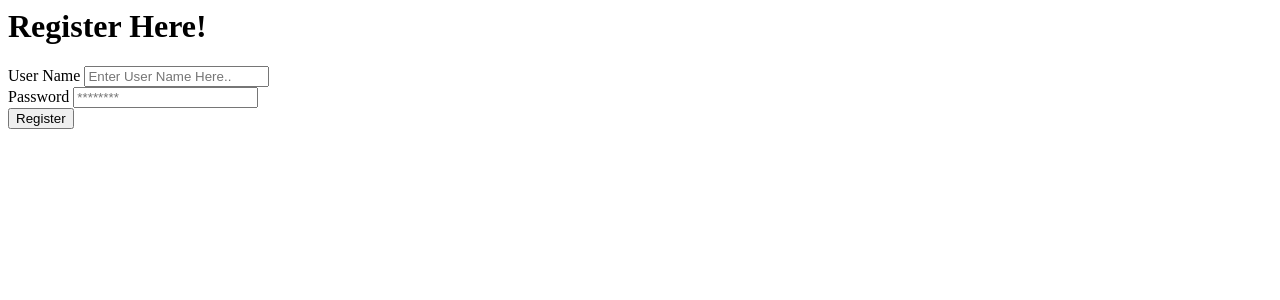
Repository: SmithaMendonca/Project-2
Page: EduCollaborationFrontend/WebContent/c_user/Login.html
The author's editor kept a copy of each file at every save. The page is drawn from the files as they stood at one save, then again after the next save.
The browser window is 1280 px wide. The pictures show the whole page.

Above is the page before, as saved 2019-07-12 06:18:06.

### EduCollaborationFrontend/WebContent/c_user/Login.html

<div class="container">
    <h1 class="well">Register Here!</h1>
	<div class="col-lg-12 well">
	<div class="row">

	  <div class="col-sm-12">
	     <div class="row">
	        <div class="col-sm-6 form-group">
				<label>User Name</label>
					<input type="text" name="userName" ng-model="userDetail.username" placeholder="Enter User Name Here.." class="form-control">
				</div>
			  </div>

			   <div class="row">
					  <div class="col-sm-6 form-group">
						<label>Password</label>
						<input type="password"  class="form-control" name="password" ng-model="userDetail.password" placeholder="********" id="pass">
					  </div>
					 </div>

				<button type="submit" class="btn btn-lg btn-info" ng-click="register()" value="Register">Register</button>
			</div>

	  </div>
	</div>
</div>

After the next save:
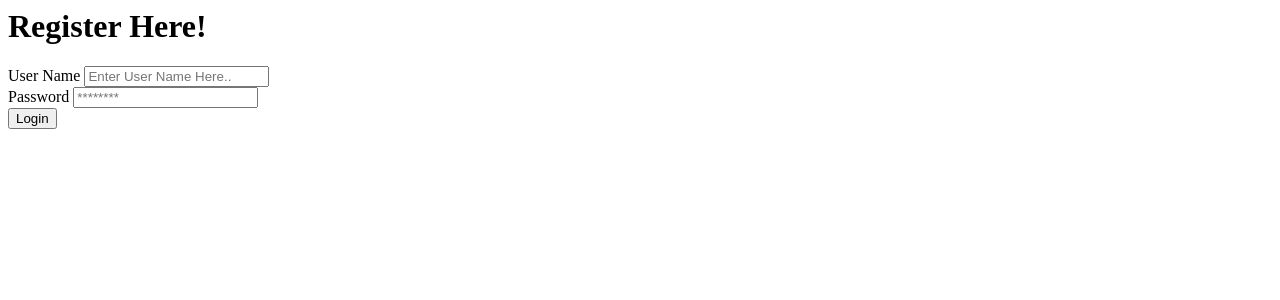
Saved 3 min 46 s later.
--- a/EduCollaborationFrontend/WebContent/c_user/Login.html
+++ b/EduCollaborationFrontend/WebContent/c_user/Login.html
@@ -19,7 +19,7 @@
 					  </div>
 					 </div>
 
-				<button type="submit" class="btn btn-lg btn-info" ng-click="register()" value="Register">Register</button>
+				<button type="submit" class="btn btn-lg btn-info" ng-click="checkUser()" value="Register">Login</button>
 			</div>
 
 	  </div>
